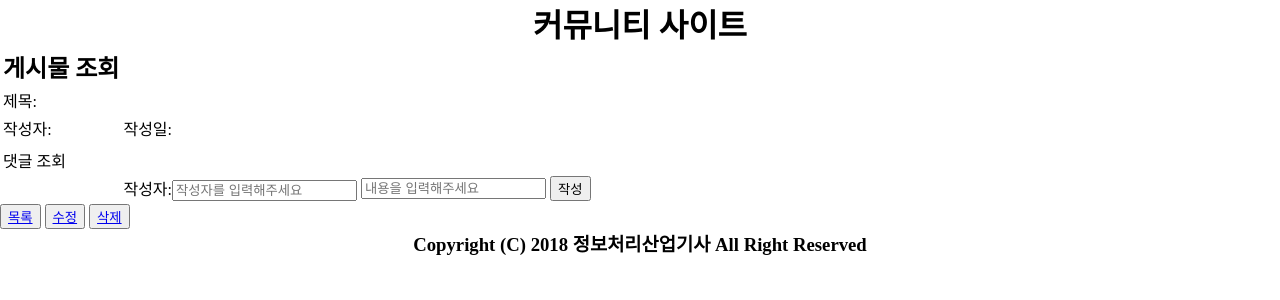
Repository: Tor1a/SpringSet
Page: http://localhost/practice01/WEB-INF/views/post/Lookup.jsp
The author's editor kept a copy of each file at every save. The page is drawn from the files as they stood at one save, then again after the next save.
The browser window is 1280 px wide. The pictures show the whole page.
The page is served by Tomcat 9. Nobody is signed in. The template is opened directly, without the code that normally fills it, so the values that code supplies are empty.

Above is the page before, as saved 2022-04-15 08:29:57.
Console error: ReferenceError: getParmeter is not defined

After the next save:
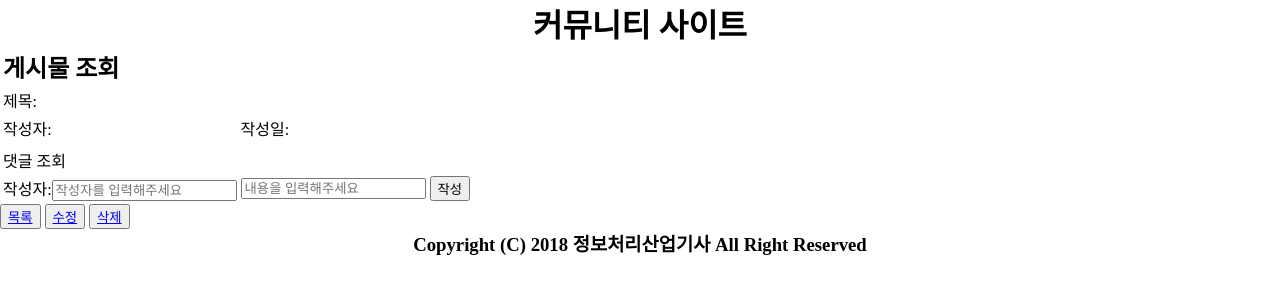
Saved 4 s later.
--- a/practice01/src/main/webapp/WEB-INF/views/post/Lookup.jsp
+++ b/practice01/src/main/webapp/WEB-INF/views/post/Lookup.jsp
@@ -35,7 +35,6 @@
 	<form id="commentAddForm">
 		<input type="hidden" name="bidx" value="${vo.idx}">
 		<tr>
-			<td></td>
 			<td>작성자:<input type="text" id="cmWriter" name="writer"placeholder="작성자를 입력해주세요"></td>
 			<td><input type="text" id="cmContent" name="content" placeholder="내용을 입력해주세요"></td>
 			<td><input type="button" value="작성" onclick="addCheck()"></td>
